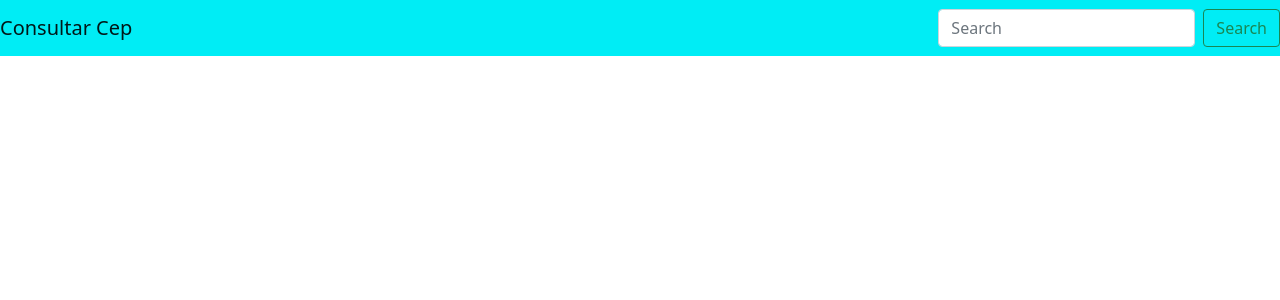
Repository: ViniciusCMS/StudyJquerry
Page: index.html
An editor plug-in stored every save of this project. The page is shown before and after the next save, followed by the edit.
The browser window is 1280 px wide. The pictures show the whole page.

Above is the page before, as saved 2021-11-26 10:41:35.

### index.html
<!DOCTYPE html>
<html lang="pt-br">
<head>
    <meta charset="UTF-8">
    <meta http-equiv="X-UA-Compatible" content="IE=edge">
    <meta name="viewport" content="width=device-width, initial-scale=1.0">
    <title>StudyJquery</title>
    <script type="text/javascript" src="js/jquery-3.6.0.min.js"></script>
    <script type="text/javascript" src="js/main.js"></script>
    <link rel="stylesheet" type="text/css" href="bootstrap/css/bootstrap.min.css">
</head>
<body>
   <nav class="navbar navbar-light" style="background-color: #00edf5;">
    <a class="navbar-brand">Consultar Cep</a>
      <div class="d-flex">
        <input class="form-control me-2" type="search" placeholder="Search" aria-label="Search">
        <button class="btn btn-outline-success" type="submit">Search</button>
      </div>
    </nav>


    <!--<input id="cep">
    <button type="button" onclick="consultaCep()">Consultar</button>
    <p id="uf"></p>
    <p id="localidade"></p>
    <p id="logradouro"></p>
    <p id="bairro"></p>-->
</body>
</html>

### js/main.js
function consultaCep() {

    var cep = document.getElementById("cep").value;
    var url = "https://viacep.com.br/ws/" + cep + "/json/";

    console.log(url)

    $.ajax({
        url: url,
        type: "GET",
        success: function(response){
            console.log(response);
            $("#uf").html(response.uf);
            $("#localidade").html(response.localidade);
            $("#logradouro").html(response.logradouro);
            $("#bairro").html(response.bairro);

            /*document.getElementById("uf").innerHTML = response.uf;
            document.getElementById("localidade").innerHTML = response.localidade;
            document.getElementById("logradouro").innerHTML = response.logradouro;
            document.getElementById("bairro").innerHTML = response.bairro;*/
        }

    })
}

Loaded but not shown: js/jquery-3.6.0.min.js (library); bootstrap/css/bootstrap.min.css (library)

After the next save:
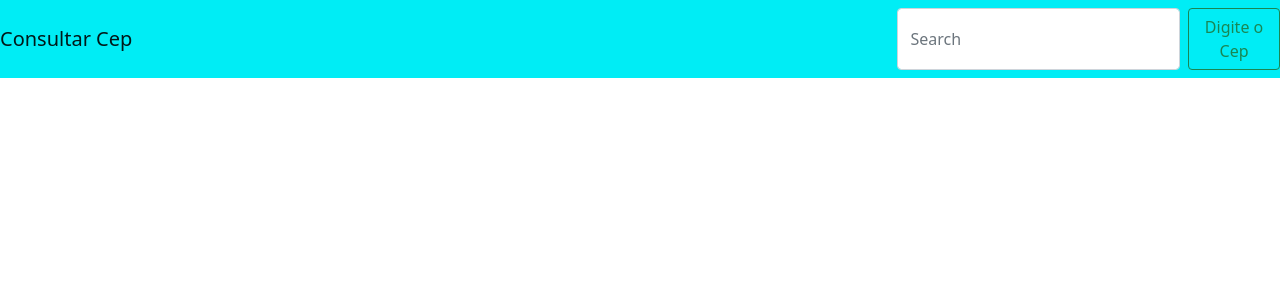
Saved 18 s later.
--- a/index.html
+++ b/index.html
@@ -14,7 +14,7 @@
     <a class="navbar-brand">Consultar Cep</a>
       <div class="d-flex">
         <input class="form-control me-2" type="search" placeholder="Search" aria-label="Search">
-        <button class="btn btn-outline-success" type="submit">Search</button>
+        <button class="btn btn-outline-success" type="submit">Digite o Cep</button>
       </div>
     </nav>
 

After the save that followed:
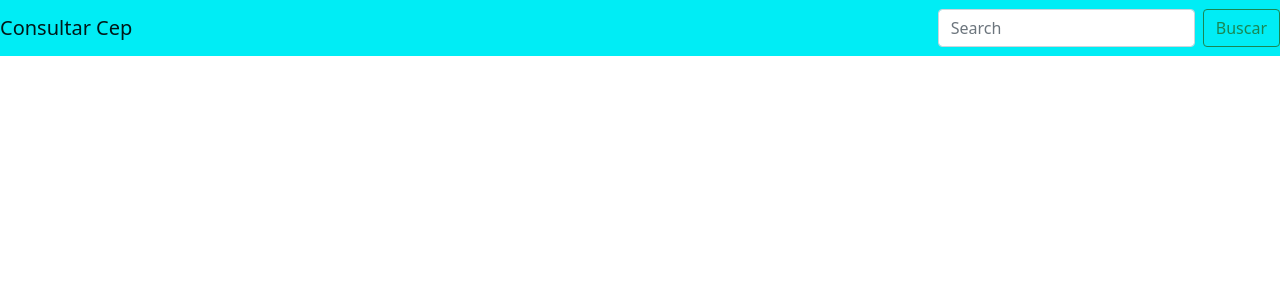
Saved 7 s later.
--- a/index.html
+++ b/index.html
@@ -14,7 +14,7 @@
     <a class="navbar-brand">Consultar Cep</a>
       <div class="d-flex">
         <input class="form-control me-2" type="search" placeholder="Search" aria-label="Search">
-        <button class="btn btn-outline-success" type="submit">Digite o Cep</button>
+        <button class="btn btn-outline-success" type="submit">Buscar</button>
       </div>
     </nav>
 
